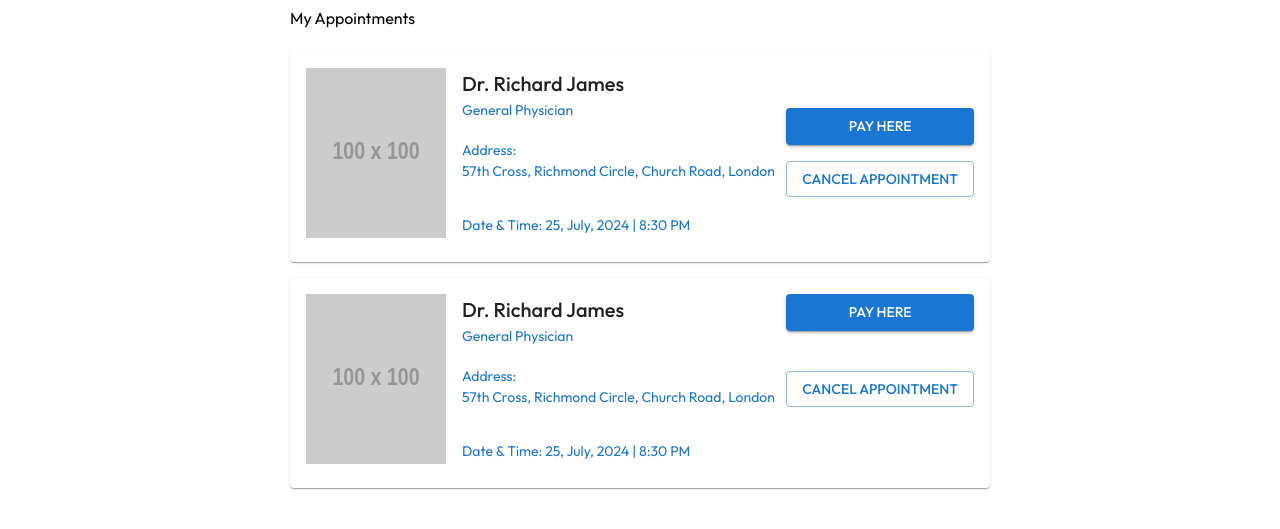
Repository: Ali-Dmerdash/DEPI_GRAD
Page: /
An editor plug-in stored every save of this project. The page is shown before and after the next save, followed by the edit.
The browser window is 1280 px wide. The pictures show the whole page.
The project was rebuilt for these pictures with package versions that can differ from the ones it lists, and the page was loaded fresh each time. Also part of the build but not shown: vite.config.ts.

Above is the page before, as saved 2024-10-08 21:22:44.

After the next save:
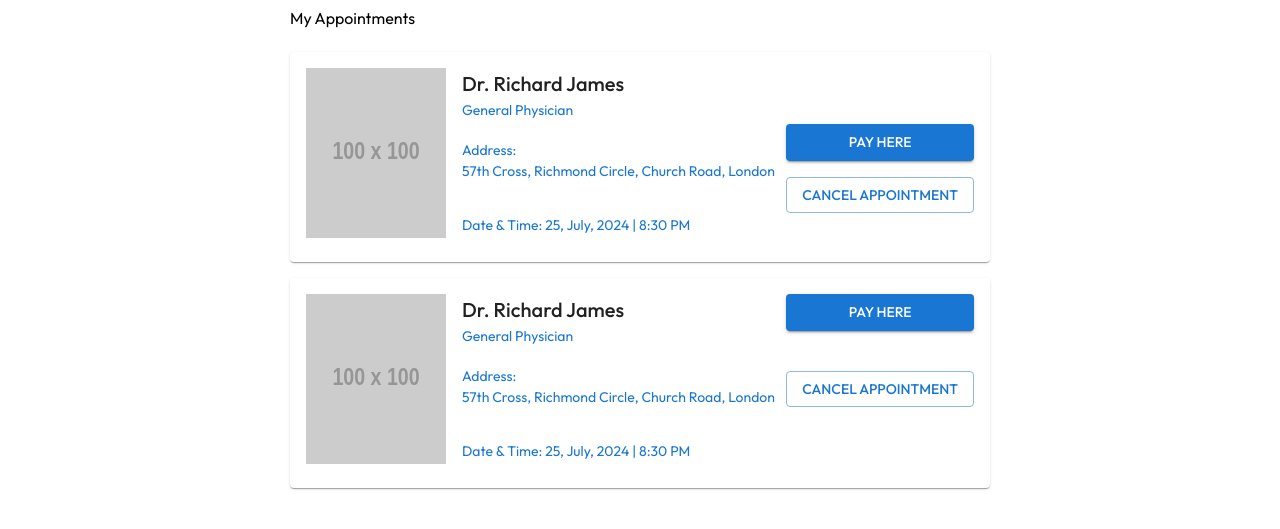
Saved 12 s later.
--- a/src/pages/myappointment/index.tsx
+++ b/src/pages/myappointment/index.tsx
@@ -47,7 +47,7 @@ const MyAppointment: React.FC = () => {
                 <Button
                   variant="contained"
                   color="primary"
-                  sx={{ marginTop: 5 }}
+                  sx={{ marginTop: 7 }}
                 >
                   Pay here
                 </Button>
